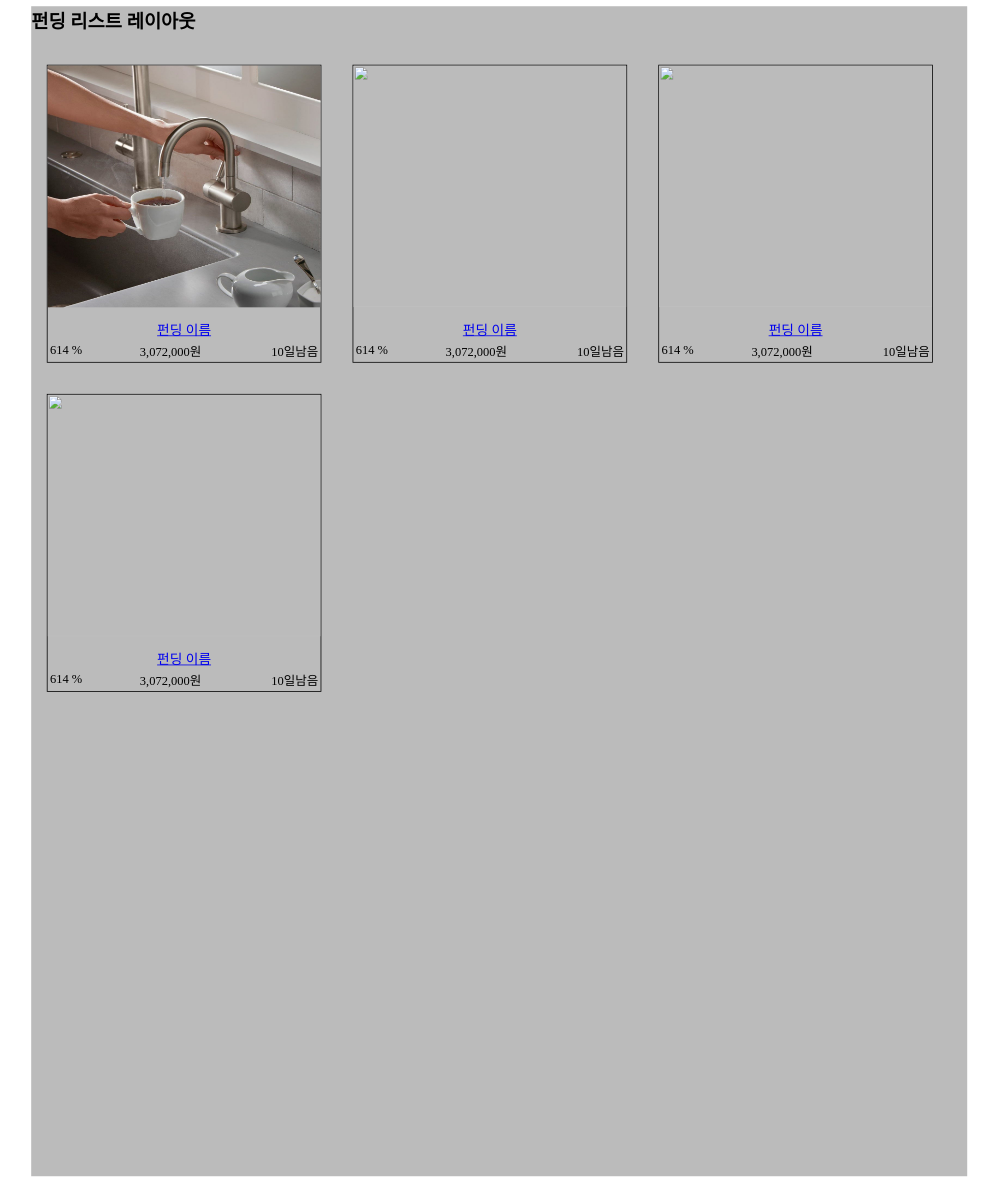
Repository: GroundPark/team6
Page: http://localhost/lefthand/page/product/funding_list.jsp
These files come from the project's save history. The page is drawn as it stood at one moment and after the next save; the edit follows.
The browser window is 1280 px wide. The pictures show the whole page, at 78% of full size.
The page is served by Tomcat 9.

Above is the page before, as saved 2021-11-20 18:08:50.
Not found: lefthand/lefthand/page/funding/img/fd102_info_2.jpg
Not found: lefthand/lefthand/page/funding/img/fd102_info_3.jpg

After the next save:
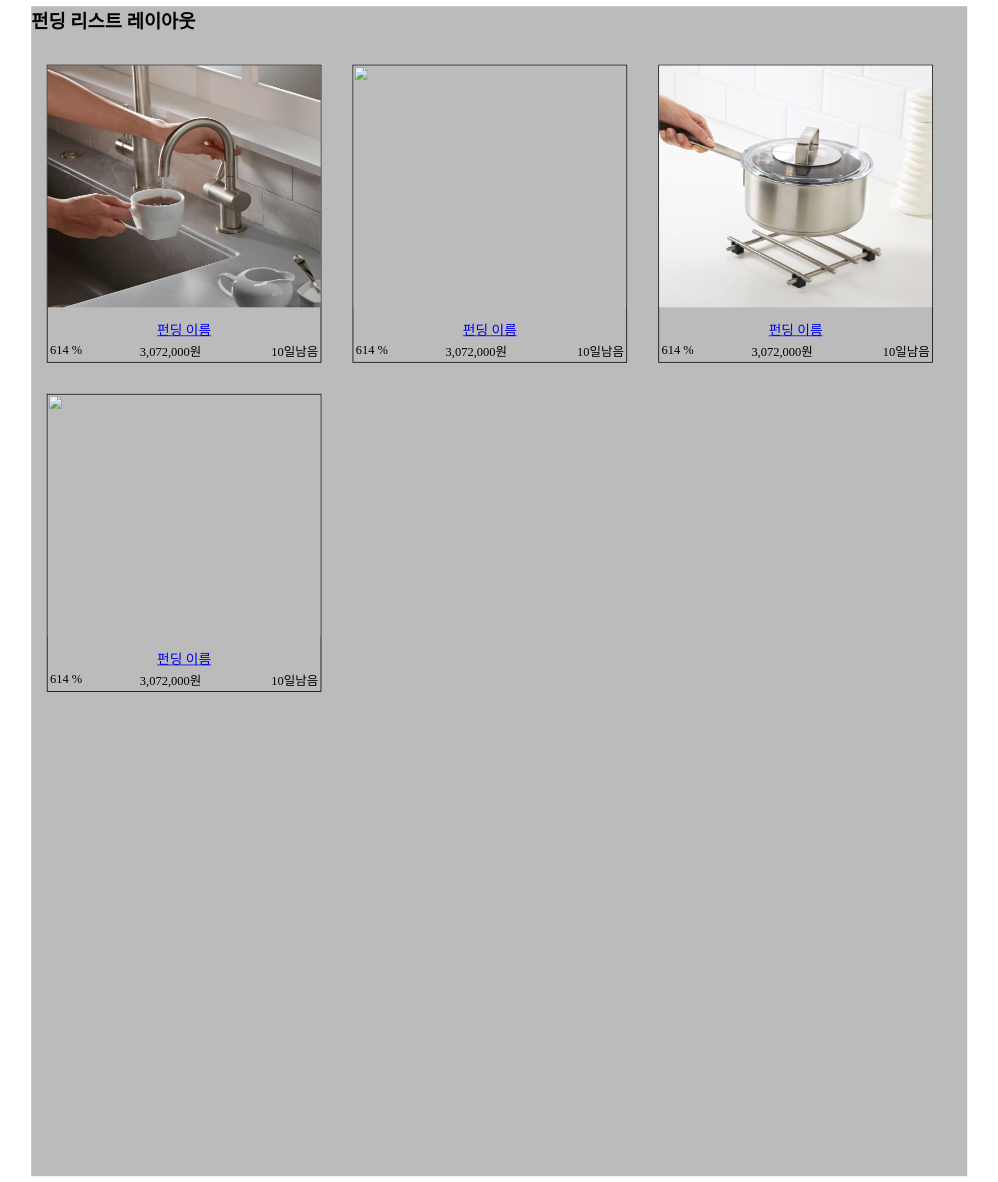
Saved 31 s later.
--- a/lefthand/WebContent/page/product/funding_list.jsp
+++ b/lefthand/WebContent/page/product/funding_list.jsp
@@ -33,7 +33,7 @@
 </div>
 
 <div class="funding">
-	<a href="#"><img src="../funding/img/fd102_info_2.jpg" style="width:350px; height:310px; padding-bottom:15px;" /></a>
+	<a href="#"><img src="../funding/img/fd102_info_2.JPG" style="width:350px; height:310px; padding-bottom:15px;" /></a>
 	<div style="text-align:center;"><a href="#">펀딩 이름</a></div>
 	<table width="100%">
 		<tr><td style="text-align:left">614 %</td><td style="text-align:center">3,072,000원</td><td style="text-align:right">10일남음</td></tr>
